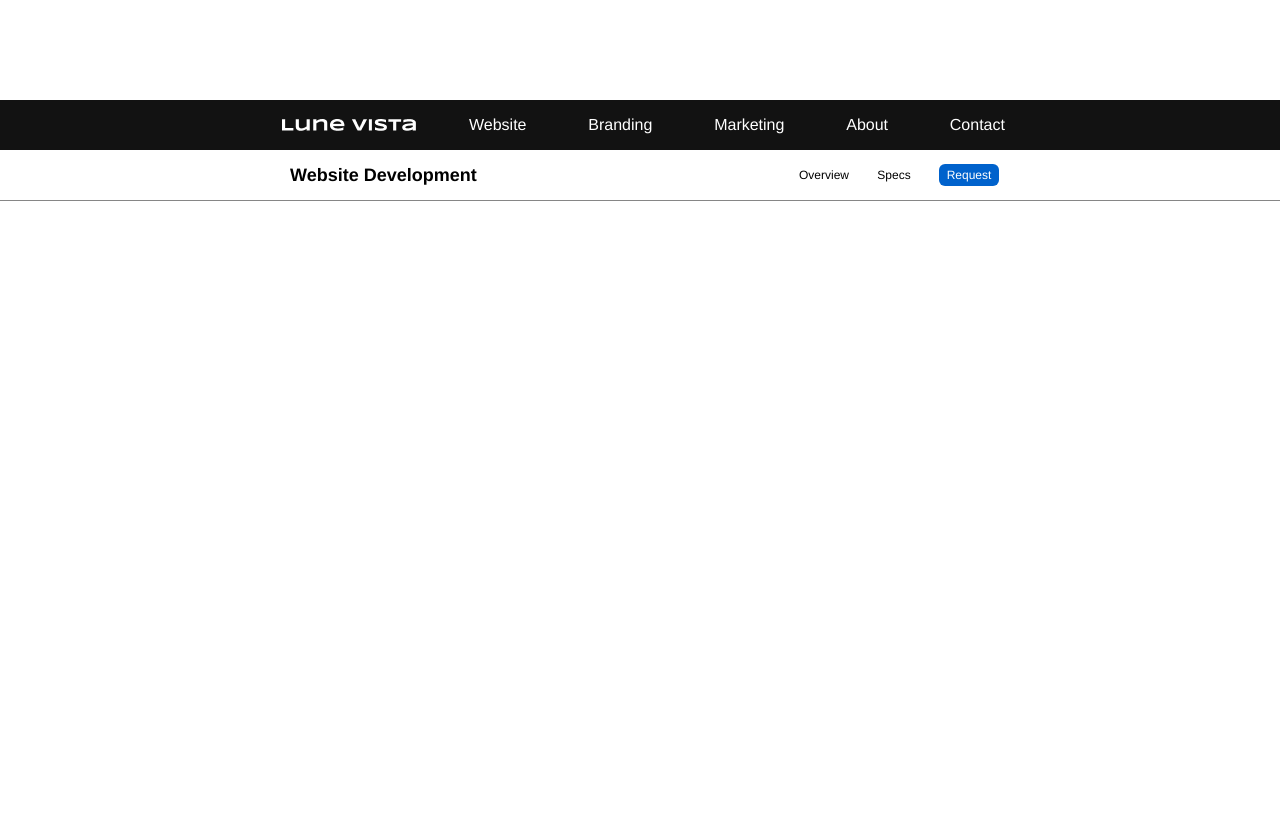
Repository: yoItsTyler/templates
Page: /branding
An editor plug-in stored every save of this project. The page is shown before and after the next save, followed by the edit.
The browser window is 1280 px wide. The pictures show the whole page.
Some web fonts or font styles are not loaded; a fallback is used. The project was rebuilt for these pictures with package versions that can differ from the ones it lists, and the page was loaded fresh each time. Also part of the build but not shown: src/components/Home/styles.module.css, src/components/Navbar/styles.module.css, src/components/Navbar/Navbar.js, src/components/NavbarMobile/styles.module.css, src/components/NavbarMobile/NavbarMobile.js, src/components/Home/Home.js, src/components/Plan/styles.module.css, src/components/Plan/Plan.js and 6 more. Imported but missing from the stored project, and not drawn on this page: src/components/Request.

Above is the page before, as saved 2022-12-01 16:43:10.

After the next save:
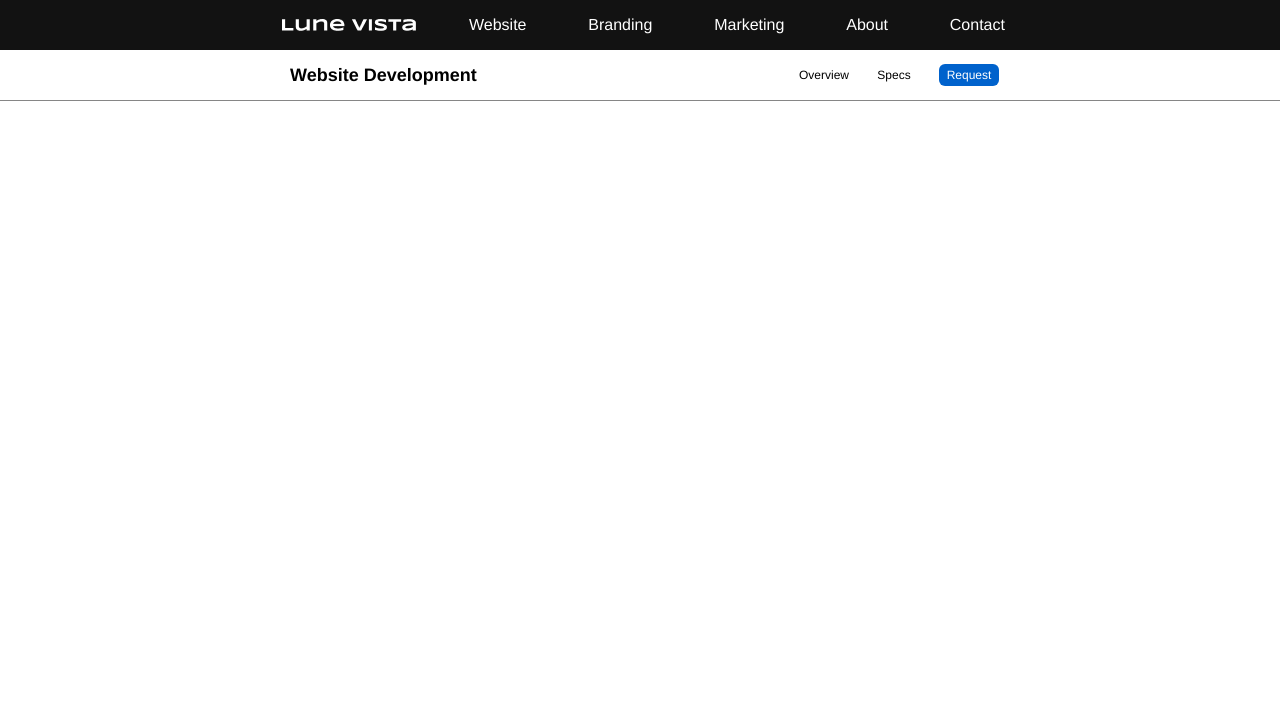
Saved 33 s later.
--- a/src/components/Branding/styles.module.css
+++ b/src/components/Branding/styles.module.css
@@ -4,5 +4,5 @@
 
 }
 .branding{
-    margin-top: 100px;
+
 }

After the 2 saves that followed:
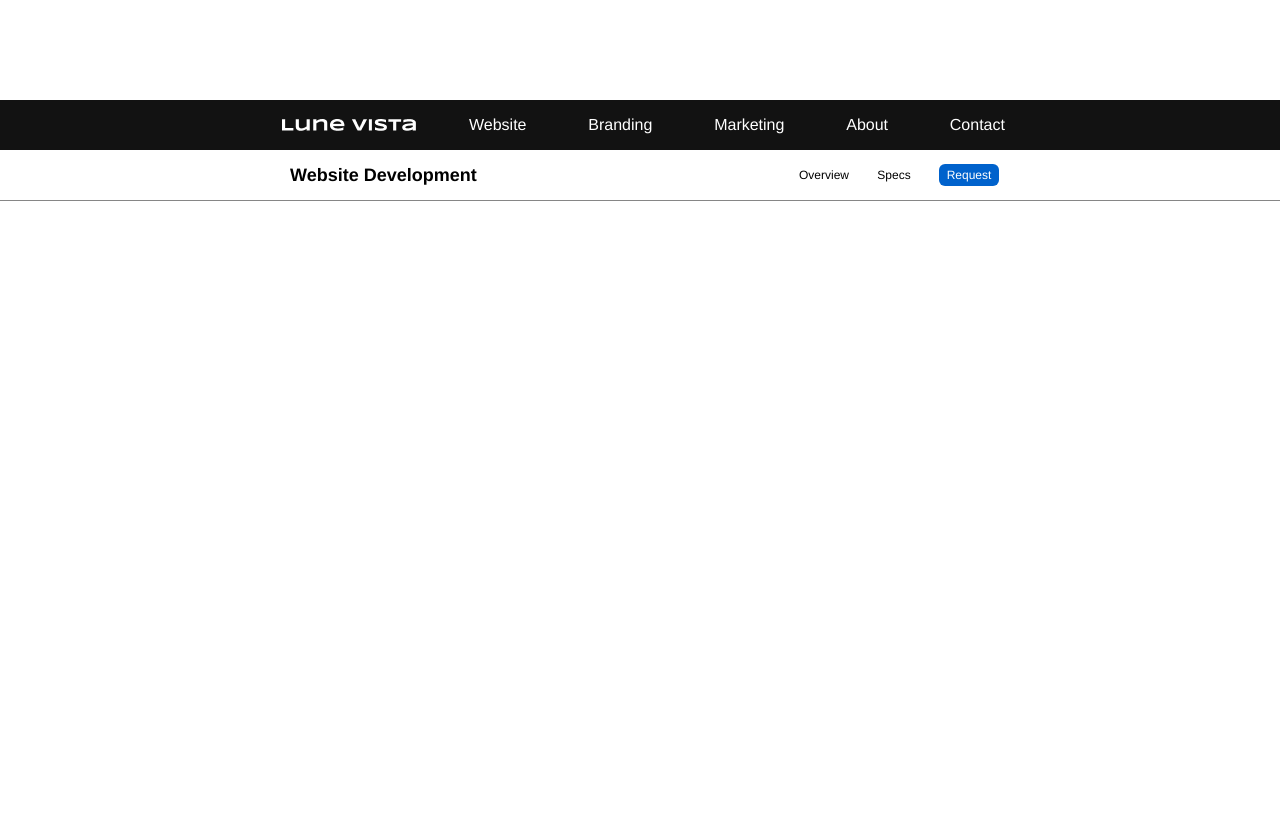
The 2 saves are shown as one change because 1 left the picture as it was.
The last was saved 11 s later.
--- a/src/components/Branding/styles.module.css
+++ b/src/components/Branding/styles.module.css
@@ -4,5 +4,6 @@
 
 }
 .branding{
-
+    position: relative;
+    margin-top: 100px;
 }
